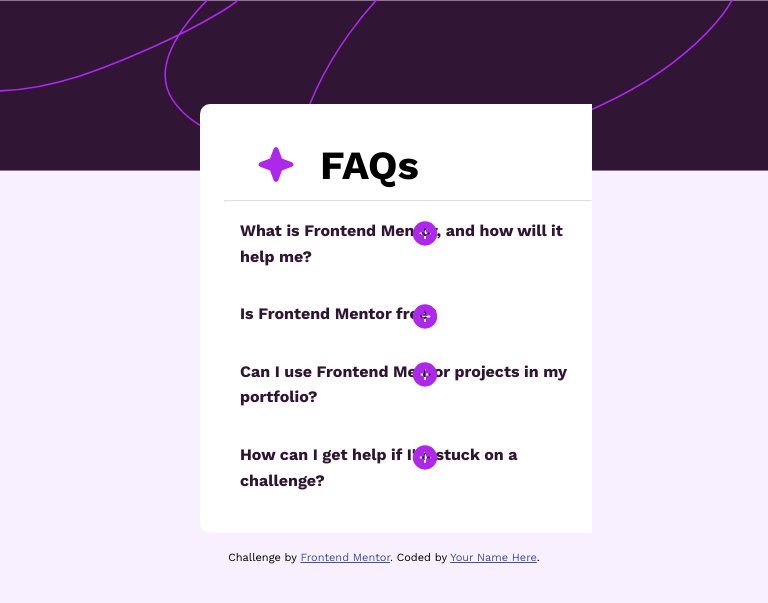
Repository: imokha01/accordion-main
Page: index.html
These files come from the project's save history. The page is drawn as it stood at one moment and after the next save; the edit follows.
The browser window is 768 px wide. The pictures show the whole page.

Above is the page before, as saved 2023-12-26 10:54:58.

### index.html
<!DOCTYPE html>
<html lang="en">
  <head>
    <meta charset="UTF-8" />
    <meta name="viewport" content="width=device-width, initial-scale=1.0" />
    <!-- displays site properly based on user's device -->
    <link rel="stylesheet" href="./index.css">
    <link
      rel="stylesheet"
      href="https://cdnjs.cloudflare.com/ajax/libs/font-awesome/6.5.1/css/all.min.css"
      integrity="sha512-DTOQO9RWCH3ppGqcWaEA1BIZOC6xxalwEsw9c2QQeAIftl+Vegovlnee1c9QX4TctnWMn13TZye+giMm8e2LwA=="
      crossorigin="anonymous"
      referrerpolicy="no-referrer"
    />
    <link
      rel="icon"
      type="image/png"
      sizes="32x32"
      href="./assets/images/favicon-32x32.png"
    />
    <link rel="preconnect" href="https://fonts.googleapis.com" />
    <link rel="preconnect" href="https://fonts.gstatic.com" crossorigin />
    <link
      href="https://fonts.googleapis.com/css2?family=Work+Sans:wght@400;600;700&display=swap"
      rel="stylesheet"
    />
    <title>Frontend Mentor | FAQ accordion</title>
    <!-- Feel free to remove these styles or customise in your own stylesheet 👍 -->
    <style>
      .attribution {
        font-size: 11px;
        text-align: center;
        margin-top: 1rem;
      }
      .attribution a {
        color: hsl(228, 45%, 44%);
      }
    </style>
  </head>
  <body>
    <div class="container">
      <div class="wrapper">
        <!-- first div content -->
        <main>
          <div id="header">
            <img src="./assets/images/icon-star.svg" alt="star-icon">
            <p id="headerpara">FAQs</p>
          </div>
          <hr>
          <div class="Div" id="div1">
            <div class="title">
              <p class="question">What is Frontend Mentor, and how will it help me?</p>
            </div>
            <div class="para">
              <p id="para1">
                Frontend Mentor offers realistic coding challenges to help developers
                improve their frontend coding skills with projects in HTML, CSS, and
                JavaScript. It's suitable for all levels and ideal for portfolio
                building.
              </p>
            </div>
          </div>
          <!-- second div content -->
          <div class="Div" id="div2">
            <div class="title">
              <p class="question">Is Frontend Mentor free?</p>
            </div>
            <div class="para">
              <p id="para2">
                Yes, Frontend Mentor offers both free and premium coding challenges,
                with the free option providing access to a range of projects suitable
                for all skill levels.
              </p>
            </div>
          </div>
          <!-- third div content -->
          <div class="Div" id="div3">
            <div class="title">
              <p class="question">Can I use Frontend Mentor projects in my portfolio?</p>
            </div>
            <div class="para">
              <p id="para3">
                Yes, you can use projects completed on Frontend Mentor in your
                portfolio. It's an excellent way to showcase your skills to potential
                employers!
              </p>
            </div>
          </div>
          <!-- fourth div content -->
          <div class="Div" id="div4">
            <div class="title">
              <p class="question">How can I get help if I'm stuck on a challenge?</p>
            </div>
            <div class="para">
              <p id="para4">
                The best place to get help is inside Frontend Mentor's Discord
                community. There's a help channel where you can ask questions and seek
                support from other community members.
              </p>
            </div>
          </div>
        </main>
        <!-- footer div -->
        <div class="attribution">
          Challenge by
          <a href="https://www.frontendmentor.io?ref=challenge" target="_blank"
            >Frontend Mentor</a
          >. Coded by <a href="#">Your Name Here</a>.
        </div>
      </div>
    </div>
    <script src="./index.js"></script>
  </body>
</html>

### index.css
:root {
    --White: hsl(0, 0%, 100%);
    --lightPink: hsl(275, 100%, 97%);
    --grayishPurple: hsl(292, 16%, 49%);
    --darkPurple:  hsl(292, 42%, 14%);
    --workSans: 'Work Sans', sans-serif;
}

* {
    margin: 0;
    padding:0;
    box-sizing: border-box;
}

body {
    font-size: 16px;
    font-family: var(--workSans);
    background-color: var(--lightPink);
    position: relative;
    line-height: 1.6;
}

.container  {
    background-image: url("./assets/images/background-pattern-desktop.svg");
    background-repeat: no-repeat;
    background-size: contain;
    display: flex;
    flex-direction: column;
    justify-content: center;
    align-items: center;
    overflow: hidden;
}

hr {
    background-color: var(--lightPink);
    margin-top: .7rem;
    opacity: 0.3;
}

.wrapper {
    width: 35rem;
    padding: 1.5rem;
    left: 30rem;
    border-radius: 10px;
    transition: height 0.5s ease-in 1ms;
    overflow: hidden;
}

main  {
    background-color: #fff;
    border-radius: 10px;
    padding: inherit;
    width: inherit;
    overflow: hidden;
    margin-top: 5rem;
    transition: height 0.5s ease-in 1ms;
    overflow: hidden;
}

#headerpara {
    font-size: 2.5rem;
    font-weight: 700;
    margin : -.6rem 1.5rem;

}

#header > img{
    padding-left: 2rem;
}

div#header {
    display: flex;
    flex-direction: row;
    justify-content: flex-start;
    align-items: flex-start;
    width: 10rem;
    margin-top: 1rem;
}

.Div {
    display: flex;
    flex-direction: column;
    justify-content: flex-start ;
    padding: 1rem;
    height: fit-content;
    transition: height 0.5s ease-in;

}

.title {
    display: flex;;
    justify-content: space-between;
}

.Div div  img {
    cursor: pointer;
}

.title p {
    font-weight: 700;
    color: var(--darkPurple);
    cursor: pointer;
    min-width: 350px;
}

.para {
    color: var(--grayishPurple);
    margin-top: 1.2rem;
    transition: height 0.5s ease-in 1s;
    overflow: hidden;
    display: none;
}

.title{
    position: relative;
    width: 90%;

}
.title::after{
    content:  url(./assets/images/icon-plus.svg);
    position: absolute;
    right: -40px;
}

.active::after{
    content: url(./assets/images/icon-minus.svg);
    right: -40px;

}

.active, .question:hover {
    content: "";
}

@media (max-width: 768px){
    .wrapper {
        width: 26rem;
    }

    .title {
        width: 10rem;
    }
}

### index.js
// const answer = document.getElementsByClassName("para");
const question = document.getElementsByClassName("title");

for (let i = 0; i < question.length; i++ ) {
    question[i].addEventListener("click", function(){
        this.classList.toggle("active");
        let active = this.addEventListener.nextElementSibling;
        let para = this.nextElementSibling;
        if(para.style.display === "block"){
            para.style.display = "none";
        } else {
            para.style.display = "block";
        }
    });
}





// var acc = document.getElementsByClassName("accordion");
// var i;

// for (i = 0; i < acc.length; i++) {
//   acc[i].addEventListener("click", function() {
//     /* Toggle between adding and removing the "active" class,
//     to highlight the button that controls the panel */
//     this.classList.toggle("active");

//     /* Toggle between hiding and showing the active panel */
//     var panel = this.nextElementSibling;
//     if (panel.style.display === "block") {
//       panel.style.display = "none";
//     } else {
//       panel.style.display = "block";
//     }
//   });
// }

After the next save:
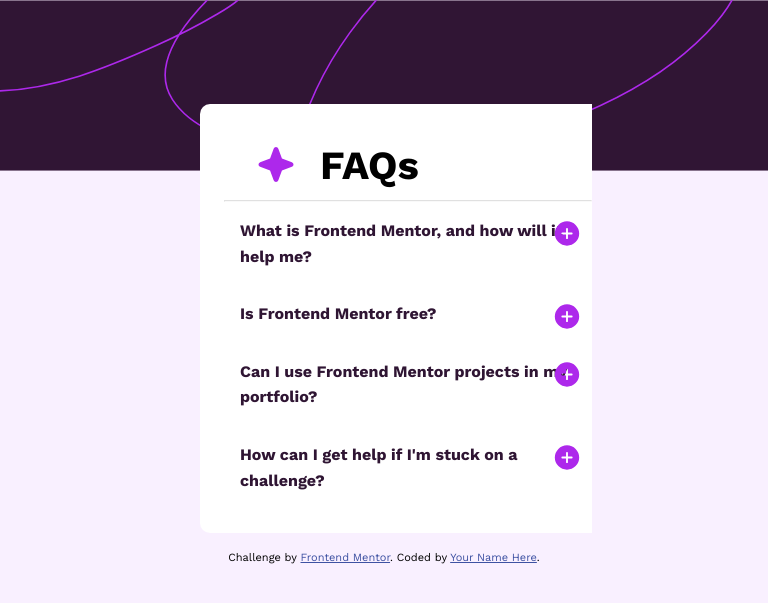
Saved 9 s later.
--- a/index.css
+++ b/index.css
@@ -137,7 +137,7 @@
         width: 26rem;
     }
 
-    .title {
+    .title p {
         width: 10rem;
     }
 }
